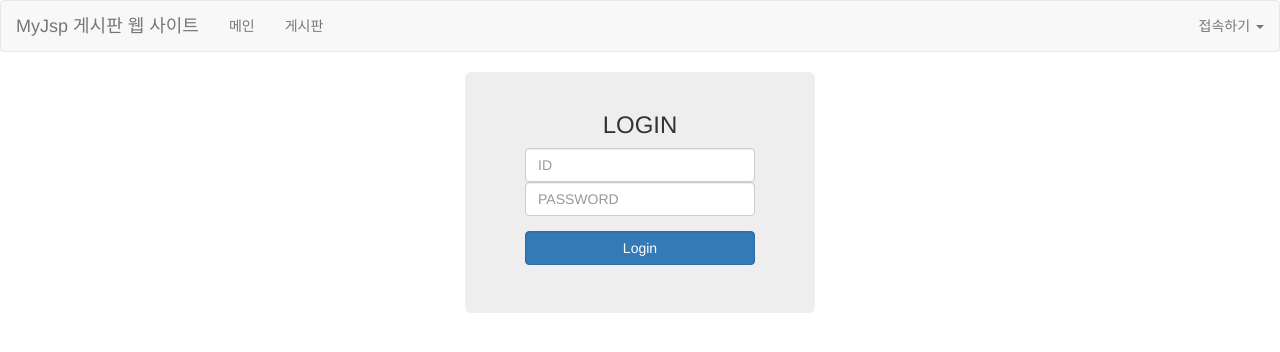
Repository: Ji3un/JspBoard
Page: http://localhost/BBS/login.jsp
These files come from the project's save history. The page is drawn as it stood at one moment and after the next save; the edit follows.
The browser window is 1280 px wide. The pictures show the whole page.
Some web libraries are served in a nearby version. The page is served by Tomcat 9. Other server files are loaded and not shown.

Above is the page before, as saved 2017-10-03 11:35:55.

### BBS/WebContent/login.jsp
<%@ page language="java" contentType="text/html; charset=UTF-8"
    pageEncoding="UTF-8"%>
<!DOCTYPE html>
<html>
<head>
<meta name="viewport" content="width=device-width", initial-scale="1">
<meta http-equiv="Content-Type" content="text/html; charset=UTF-8">
<link rel="stylesheet" href="css/bootstrap.css">
<title>Welcome</title>
</head>
<body>
	<nav class="navbar navbar-default">
		<div class="navbar-header">
			<button type="button" class="navbar-toggle collapsed"
			 data-toggle="collapse" data-target="#bs-example-navbar-collapse-1"
			 aria-expanded="false">
				<span class="icon-bar"></span>
				<span class="icon-bar"></span>
				<span class="icon-bar"></span>
			</button>
			<a class="navbar-brand" href="main.jsp">MyJsp 게시판 웹 사이트</a>
		</div>
		<div class="collapse navbar-collapse" id="#bs-example-navbar-collapse-1">
			<ul class="nav navbar-nav">
				<li><a href="main.jsp">메인</a></li>
				<li><a href="bbs.jsp">게시판</a></li>
			</ul>
			<ul class="nav navbar-nav navbar-right">
				<li class="dropdown">
					<a class="dropdown-toggle" data-toggle="dropdown"
					role="button" href="#" aria-haspopup="true" aria-expanded="false">
					접속하기 <span class="caret"></span>
					</a>
					<ul class="dropdown-menu">
						<li class="active"><a href="login.jsp">로그인</a></li>
						<li><a href="join.jsp">회원가입</a></li>
					</ul>
				</li>
			</ul>
		</div>
	</nav>
	<div class="container">
		<div class="col-lg-4"></div>
		<div class="col-lg-4">
			<div class="jumbotron" style="padding-top:20px;">
				<form method="post" action="loginAction.jsp">
					<h3 style="text-align:center;">LOGIN</h3>
					<div class="form-group">
						<input type="text" class="form-control" placeholder="ID" name="userID" maxlength="20">
						<input type="password" class="form-control" placeholder="PASSWORD" name="userPassword">
					</div>
					<input type="submit" class="btn btn-primary form-control" value="Login">
				</form>
			</div>
		</div>
		<div class="col-lg-4"></div>
	</div>
	<script src="https://code.jquery.com/jquery-3.2.1.min.js"></script>
	<script src="js/bootstrap.js"></script>
</body>
</html>

Loaded but not shown: BBS/WebContent/css/bootstrap.css (library); BBS/WebContent/js/bootstrap.js (library)

After the next save:
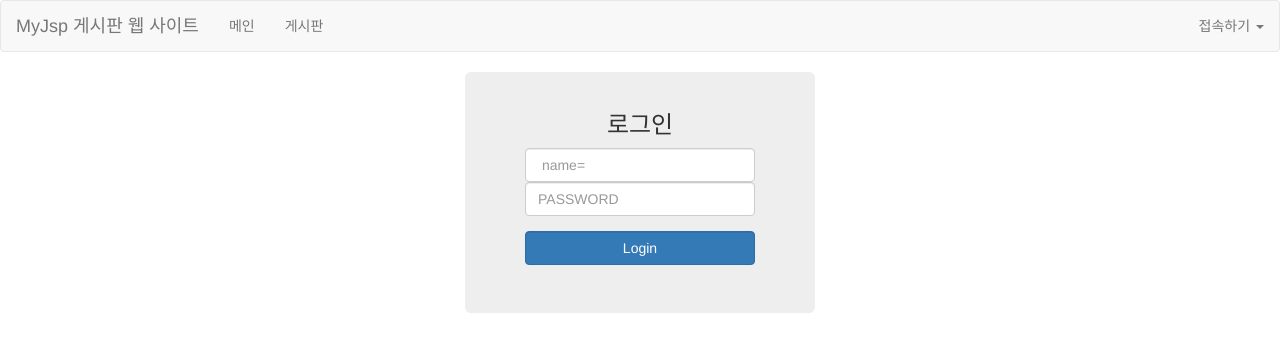
Saved 2 min 3 s later.
--- a/BBS/WebContent/login.jsp
+++ b/BBS/WebContent/login.jsp
@@ -44,9 +44,9 @@
 		<div class="col-lg-4">
 			<div class="jumbotron" style="padding-top:20px;">
 				<form method="post" action="loginAction.jsp">
-					<h3 style="text-align:center;">LOGIN</h3>
+					<h3 style="text-align:center;">로그인</h3>
 					<div class="form-group">
-						<input type="text" class="form-control" placeholder="ID" name="userID" maxlength="20">
+						<input type="text" class="form-control" placeholder=" name="userID" maxlength="20">
 						<input type="password" class="form-control" placeholder="PASSWORD" name="userPassword">
 					</div>
 					<input type="submit" class="btn btn-primary form-control" value="Login">
